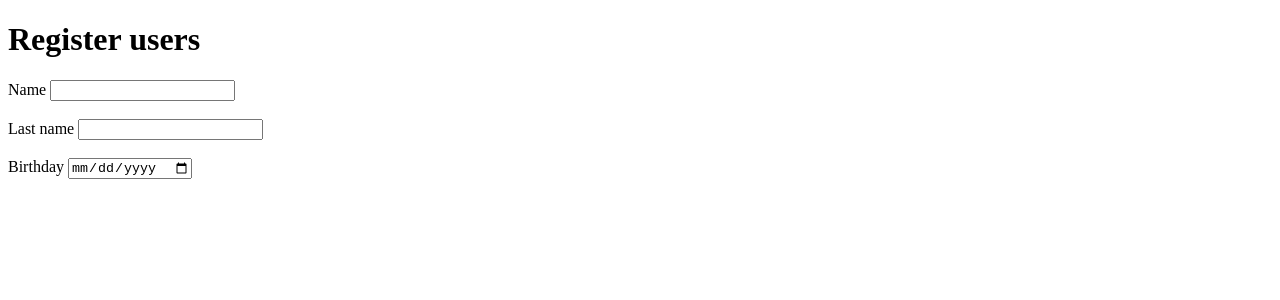
Repository: alexander7-co/proyecto9
Page: templates/register.html
The author's editor kept a record of every edit. The page is drawn from the files as they stood at one moment, then again after the next edit.
The browser window is 1280 px wide. The pictures show the whole page.

Above is the page before.

### templates/register.html
<!DOCTYPE html>
<html>
    <head>
        <meta http-equiv="content-type" content="text/html; charset=utf-8" />
        <title>web page</title>
    </head>
    <body>
        <h1>Register users</h1>
        <form>
            <label>Name</label> <input type= "text"/><br><br>
            <label>Last name</label> <input type= "text"/><br><br>
            <label>Birthday</label> <input type= "date"/>

    </body>
</html>

After the next edit:
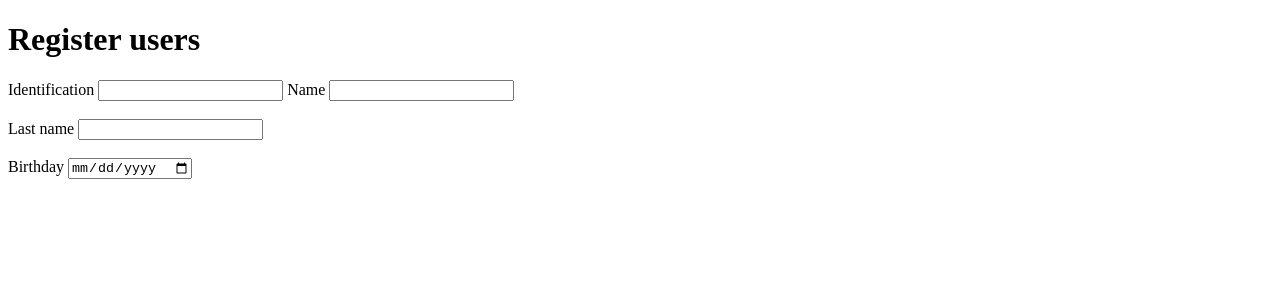
The edit:
--- a/templates/register.html
+++ b/templates/register.html
@@ -7,6 +7,7 @@
     <body>
         <h1>Register users</h1>
         <form>
+            <label>Identification</label> <input type= "number"/>
             <label>Name</label> <input type= "text"/><br><br>
             <label>Last name</label> <input type= "text"/><br><br>
             <label>Birthday</label> <input type= "date"/>
